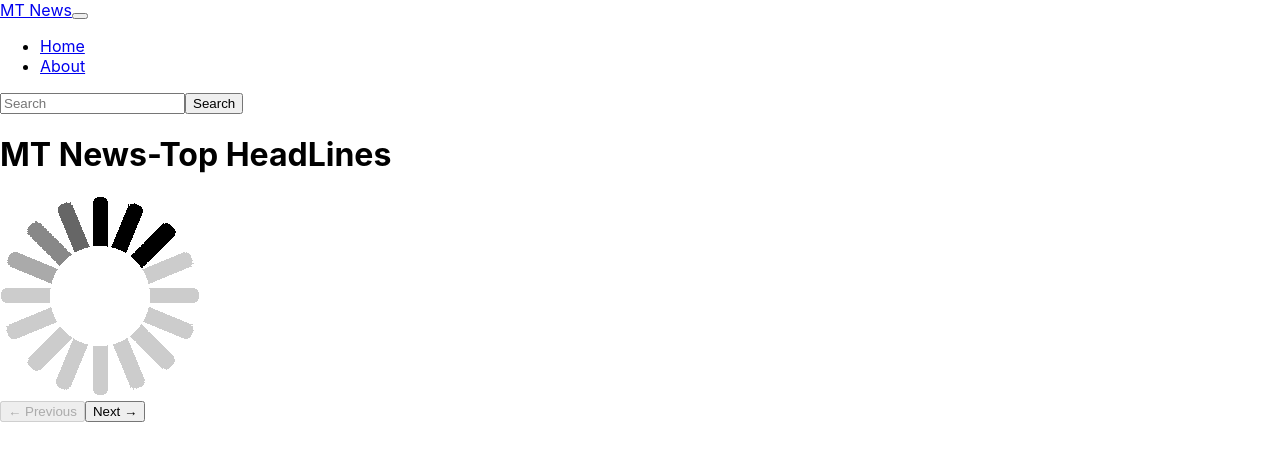
Repository: professorsourabh/news_website_using-ReactJS
Page: /sports
An editor plug-in stored every save of this project. The page is shown before and after the next save, followed by the edit.
The browser window is 1280 px wide. The pictures show the whole page.
The page's requests for data from a server got no answer. The project was rebuilt for these pictures with package versions that can differ from the ones it lists, and the page was loaded fresh each time. No one was signed in, and anything a server would have sent is missing. Also part of the build but not shown: src/App.css, src/Components/NewsaItem.js.

Above is the page before, as saved 2023-05-14 13:34:36.

After the next save:
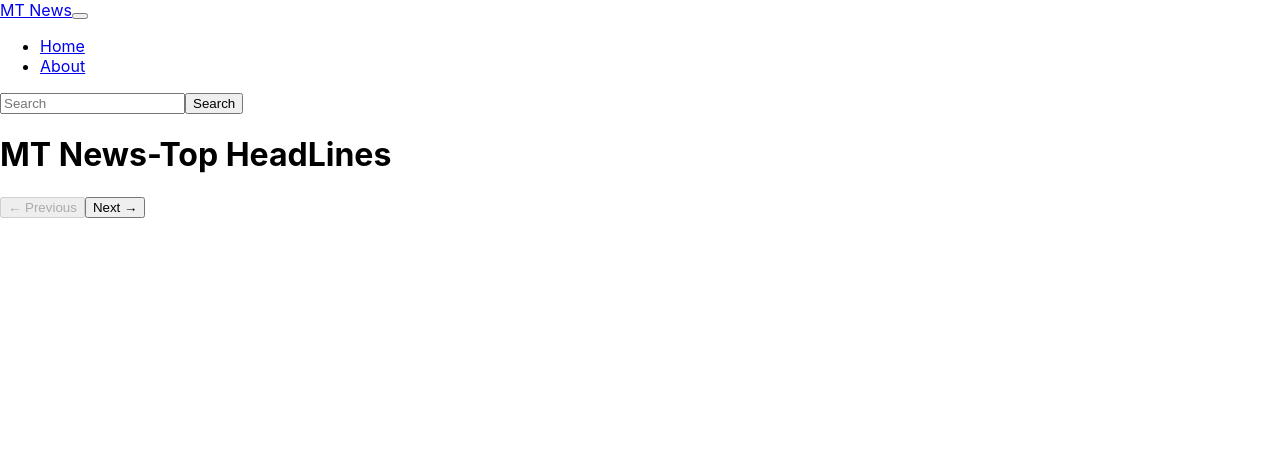
Saved 6 min 40 s later.
--- a/src/Components/News.js
+++ b/src/Components/News.js
@@ -31,12 +31,15 @@ export class News extends Component {
       })
   }
   handleNextClick=async()=>{
-    if(this.state.page+1>Math.ceil(this.state.totalResults/18)){}
-    else{
+    if(!(this.state.page+1>Math.ceil(this.state.totalResults/18))){
+
     let url=`https://newsapi.org/v2/top-headlines?country=in&category=business&apiKey=6de024851937497c9017d3f0f0e104a4&page=${this.state.page + 1}&pagesize=18`;
+
+    {this.setState({loading: true})};
       let data=await fetch(url);
       let parsedData=await data.json();
       console.log(parsedData);
+      {this.setState({loading: false})};
       this.setState({
         page: this.state.page + 1,
         articles: parsedData.articles
@@ -48,7 +51,7 @@ export class News extends Component {
     return (
       <div className='container my-3'>
         <h1 className='text-center'> MT News-Top HeadLines</h1>
-        <Spinner></Spinner>
+       {this.setState.loading && <Spinner/>}
         <div className="row">
         {this.state.articles.map((element)=>{
 
